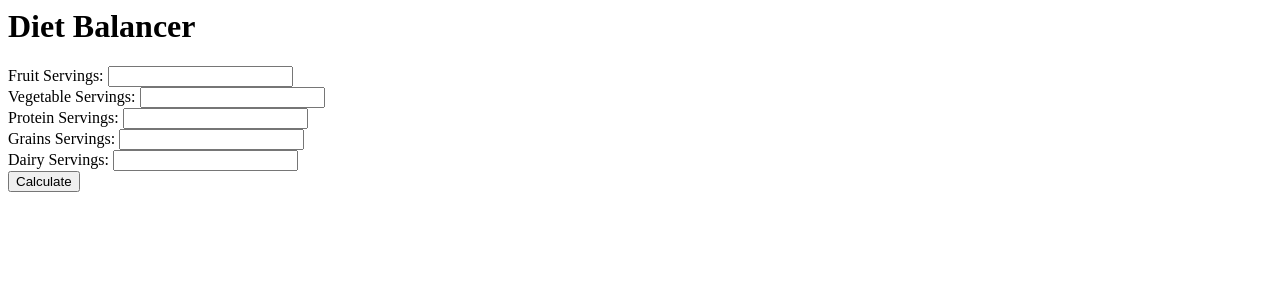
Repository: michaelrupp2002/GroupProjectCSCI4830
Page: http://localhost/signup/BalancedDietServlet
The author's editor kept a copy of each file at every save. The page is drawn from the files as they stood at one save, then again after the next save.
The browser window is 1280 px wide. The pictures show the whole page.
The page is served by Tomcat 9. Other server files are loaded and not shown.

Above is the page before, as saved 2024-05-16 22:44:28.

### loginPage/signup/src/main/java/registrationPage/BalancedDietServlet.java
package registrationPage;

import java.io.IOException;
import java.io.PrintWriter;

import javax.servlet.ServletException;
import javax.servlet.annotation.WebServlet;
import javax.servlet.http.HttpServlet;
import javax.servlet.http.HttpServletRequest;
import javax.servlet.http.HttpServletResponse;

@WebServlet("/BalancedDietServlet")
public class BalancedDietServlet extends HttpServlet {
    private static final long serialVersionUID = 1L;

    protected void doPost(HttpServletRequest request, HttpServletResponse response) throws ServletException, IOException {

        int fruitServings = Integer.parseInt(request.getParameter("fruit"));
        int vegetableServings = Integer.parseInt(request.getParameter("vegetable"));
        int proteinServings = Integer.parseInt(request.getParameter("protein"));
        int grainsServings = Integer.parseInt(request.getParameter("grains"));
        int dairyServings = Integer.parseInt(request.getParameter("dairy"));

        // Calculate total calories
        int totalCalories = calculateTotalCalories(fruitServings, vegetableServings, proteinServings, grainsServings, dairyServings);

        // Check if the diet is balanced
        boolean isBalanced = isDietBalanced(totalCalories);

        // Output the result
        response.setContentType("text/html");
        response.getWriter().println("<h1>Results</h1>");
        response.getWriter().println("<p>Total Calories: " + totalCalories + "</p>");
        response.getWriter().println("<p>Is Diet Balanced: " + (isBalanced ? "Yes" : "No") + "</p>");
    }

    protected void doGet(HttpServletRequest request, HttpServletResponse response) throws ServletException, IOException {
        // Display a form for users to input their dietary information
        response.setContentType("text/html");
        response.getWriter().println("<h1>Diet Balancer</h1>");
        response.getWriter().println("<form method='post'>");
        response.getWriter().println("Fruit Servings: <input type='text' name='fruit'><br>");
        response.getWriter().println("Vegetable Servings: <input type='text' name='vegetable'><br>");
        response.getWriter().println("Protein Servings: <input type='text' name='protein'><br>");
        response.getWriter().println("Grains Servings: <input type='text' name='grains'><br>");
        response.getWriter().println("Dairy Servings: <input type='text' name='dairy'><br>");
        response.getWriter().println("<input type='submit' value='Calculate'>");
        response.getWriter().println("</form>");
    }

    private int calculateTotalCalories(int fruitServings, int vegetableServings, int proteinServings, int grainsServings, int dairyServings) {
        int fruitCalories = fruitServings * 50;
        int vegetableCalories = vegetableServings * 30;
        int proteinCalories = proteinServings * 100;
        int grainsCalories = grainsServings * 70;
        int dairyCalories = dairyServings * 80;
        return fruitCalories + vegetableCalories + proteinCalories + grainsCalories + dairyCalories;
    }

    private boolean isDietBalanced(int totalCalories) {
        return totalCalories >= 2000 && totalCalories <= 2500;
    }
}

After the next save:
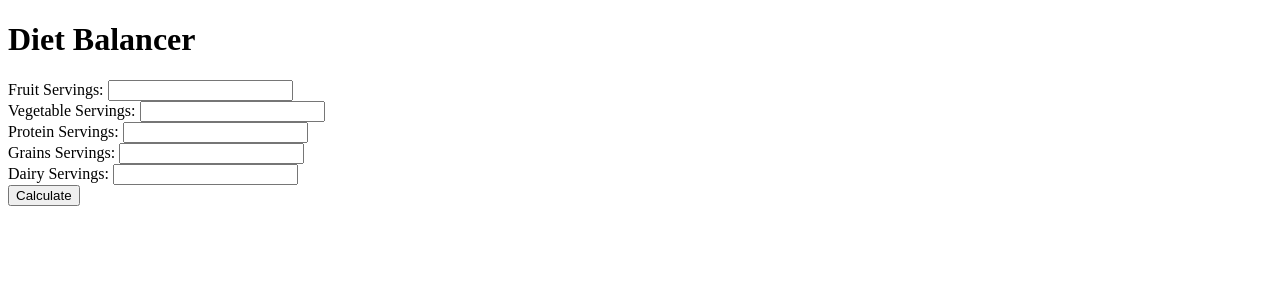
Saved 22 s later.
--- a/loginPage/signup/src/main/java/registrationPage/BalancedDietServlet.java
+++ b/loginPage/signup/src/main/java/registrationPage/BalancedDietServlet.java
@@ -14,50 +14,80 @@
     private static final long serialVersionUID = 1L;
 
     protected void doPost(HttpServletRequest request, HttpServletResponse response) throws ServletException, IOException {
+        PrintWriter out = response.getWriter();
 
+        // Set content type to text/html
+        response.setContentType("text/html");
+
+        // Output the initial HTML content
+        out.println("<!DOCTYPE html>");
+        out.println("<html lang=\"en\">");
+        out.println("<head>");
+        out.println("<meta charset=\"utf-8\" />");
+        out.println("<title>Diet Helpers Web</title>");
+        // Add any additional CSS or JS links here
+        out.println("</head>");
+        out.println("<body>");
+
+        // Handle form submission and calculate total calories
         int fruitServings = Integer.parseInt(request.getParameter("fruit"));
         int vegetableServings = Integer.parseInt(request.getParameter("vegetable"));
         int proteinServings = Integer.parseInt(request.getParameter("protein"));
         int grainsServings = Integer.parseInt(request.getParameter("grains"));
         int dairyServings = Integer.parseInt(request.getParameter("dairy"));
 
-        // Calculate total calories
         int totalCalories = calculateTotalCalories(fruitServings, vegetableServings, proteinServings, grainsServings, dairyServings);
-
-        // Check if the diet is balanced
         boolean isBalanced = isDietBalanced(totalCalories);
 
-        // Output the result
-        response.setContentType("text/html");
-        response.getWriter().println("<h1>Results</h1>");
-        response.getWriter().println("<p>Total Calories: " + totalCalories + "</p>");
-        response.getWriter().println("<p>Is Diet Balanced: " + (isBalanced ? "Yes" : "No") + "</p>");
+        // Display the result
+        out.println("<h1>Results</h1>");
+        out.println("<p>Total Calories: " + totalCalories + "</p>");
+        out.println("<p>Is Diet Balanced: " + (isBalanced ? "Yes" : "No") + "</p>");
+
+        // Close the HTML tags
+        out.println("</body>");
+        out.println("</html>");
     }
 
     protected void doGet(HttpServletRequest request, HttpServletResponse response) throws ServletException, IOException {
         // Display a form for users to input their dietary information
         response.setContentType("text/html");
-        response.getWriter().println("<h1>Diet Balancer</h1>");
-        response.getWriter().println("<form method='post'>");
-        response.getWriter().println("Fruit Servings: <input type='text' name='fruit'><br>");
-        response.getWriter().println("Vegetable Servings: <input type='text' name='vegetable'><br>");
-        response.getWriter().println("Protein Servings: <input type='text' name='protein'><br>");
-        response.getWriter().println("Grains Servings: <input type='text' name='grains'><br>");
-        response.getWriter().println("Dairy Servings: <input type='text' name='dairy'><br>");
-        response.getWriter().println("<input type='submit' value='Calculate'>");
-        response.getWriter().println("</form>");
+        PrintWriter out = response.getWriter();
+
+        out.println("<!DOCTYPE html>");
+        out.println("<html lang=\"en\">");
+        out.println("<head>");
+        out.println("<meta charset=\"utf-8\" />");
+        out.println("<title>Diet Helpers Web</title>");
+        // Add any additional CSS or JS links here
+        out.println("</head>");
+        out.println("<body>");
+
+        out.println("<h1>Diet Balancer</h1>");
+        out.println("<form method='post'>");
+        out.println("Fruit Servings: <input type='text' name='fruit'><br>");
+        out.println("Vegetable Servings: <input type='text' name='vegetable'><br>");
+        out.println("Protein Servings: <input type='text' name='protein'><br>");
+        out.println("Grains Servings: <input type='text' name='grains'><br>");
+        out.println("Dairy Servings: <input type='text' name='dairy'><br>");
+        out.println("<input type='submit' value='Calculate'>");
+        out.println("</form>");
+
+         // Close the HTML tags
+         out.println("</body>");
+         out.println("</html>");
     }
 
     private int calculateTotalCalories(int fruitServings, int vegetableServings, int proteinServings, int grainsServings, int dairyServings) {
-        int fruitCalories = fruitServings * 50;
-        int vegetableCalories = vegetableServings * 30;
-        int proteinCalories = proteinServings * 100;
-        int grainsCalories = grainsServings * 70;
-        int dairyCalories = dairyServings * 80;
-        return fruitCalories + vegetableCalories + proteinCalories + grainsCalories + dairyCalories;
-    }
+         int fruitCalories = fruitServings * 50;
+         int vegetableCalories = vegetableServings * 30;
+         int proteinCalories = proteinServings * 100;
+         int grainsCalories = grainsServings * 70;
+         int dairyCalories = dairyServings * 80;
+         return fruitCalories + vegetableCalories + proteinCalories + grainsCalories + dairyCalories;
+     }
 
-    private boolean isDietBalanced(int totalCalories) {
-        return totalCalories >= 2000 && totalCalories <= 2500;
-    }
+     private boolean isDietBalanced(int totalCalories) {
+         return totalCalories >= 2000 && totalCalories <= 2500;
+     }
 }
